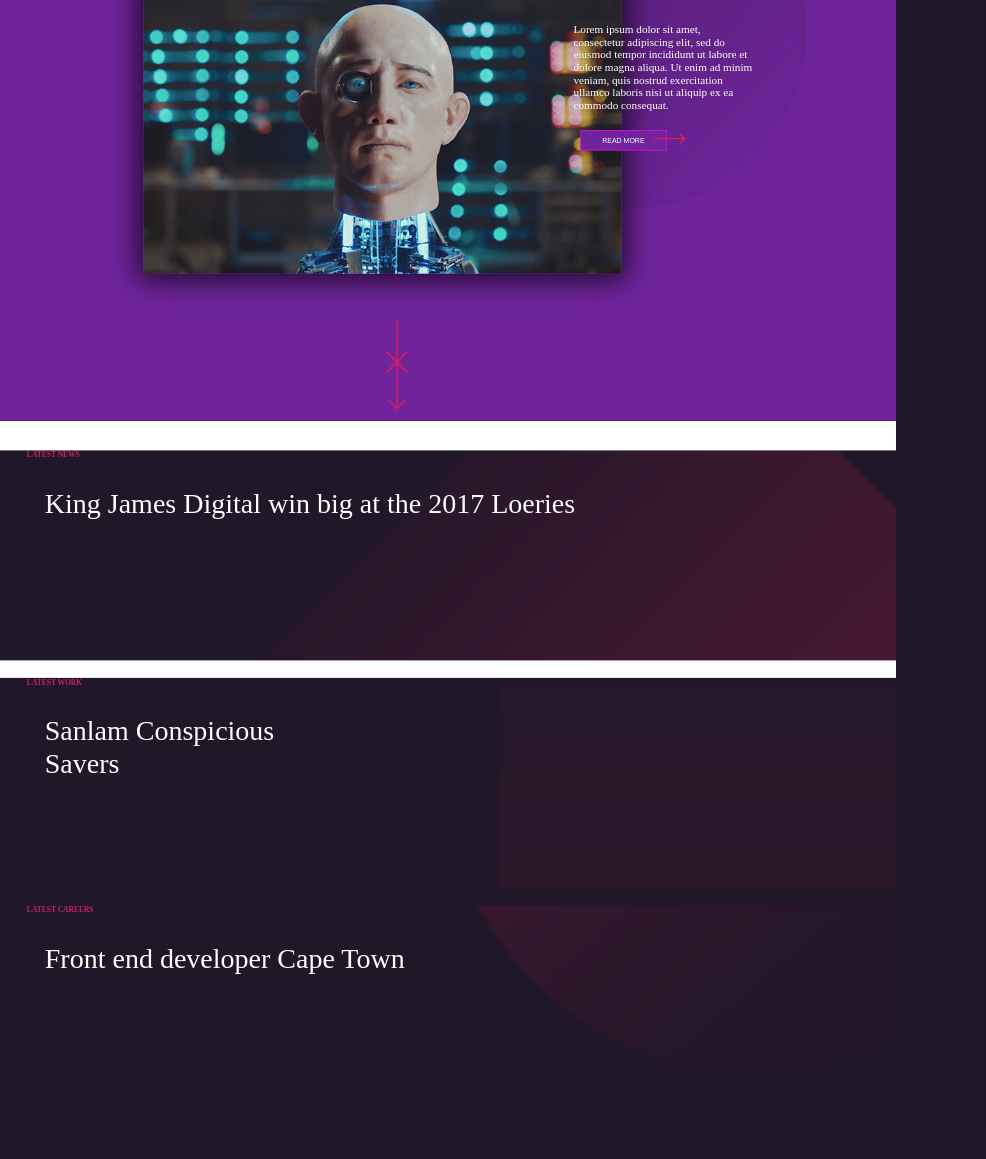
Repository: Ajtheult/King-James-Site
Page: index.html
The author's editor kept a copy of each file at every save. The page is drawn from the files as they stood at one save, then again after the next save.
The browser window is 1280 px wide. The page is 1408 px wide, then 1290 px, so the pictures cover 1408 px, including what lies to the right of the window. The pictures show the part of the page from y = 2709 to 4429 px (the page is 4365 px tall before and 4429 px after), at 70% of full size.
Some web fonts or font styles are not loaded; a fallback is used. The style sheet was rebuilt from its Sass, Less or Tailwind sources for each picture, by a compiler version that may differ from the author's.

Above is the page before, as saved 2020-08-21 14:35:52.

After the next save:
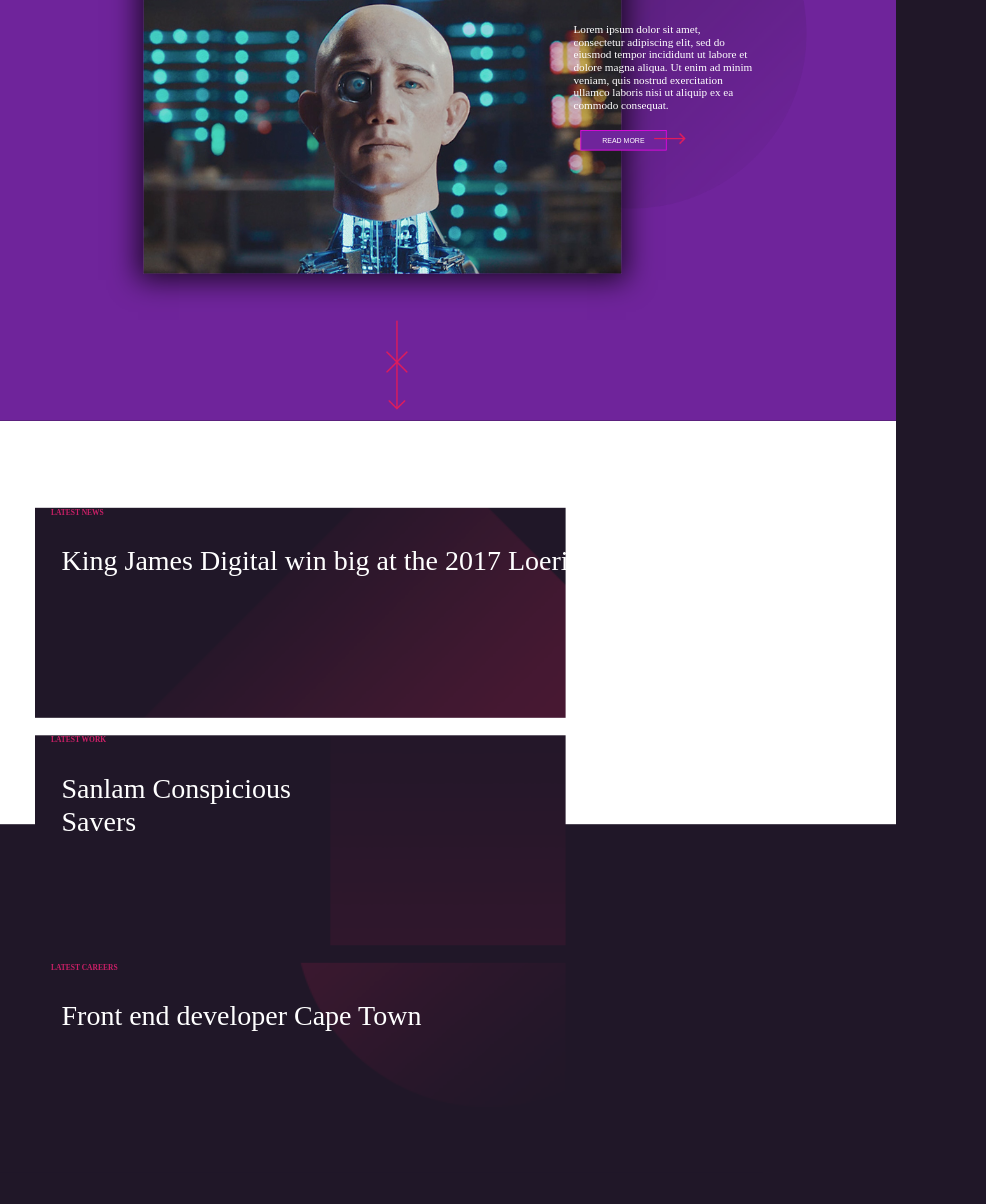
Saved 22 s later.
--- a/styling/index.scss
+++ b/styling/index.scss
@@ -166,7 +166,7 @@ body {
   height: 80vh;
   background-color: white;
   .grid-container {
-    display: inline;
+    display: inline-block;
     grid-column-gap: 50px;
     grid-template-columns: auto auto auto;
     padding-top: 100px;
